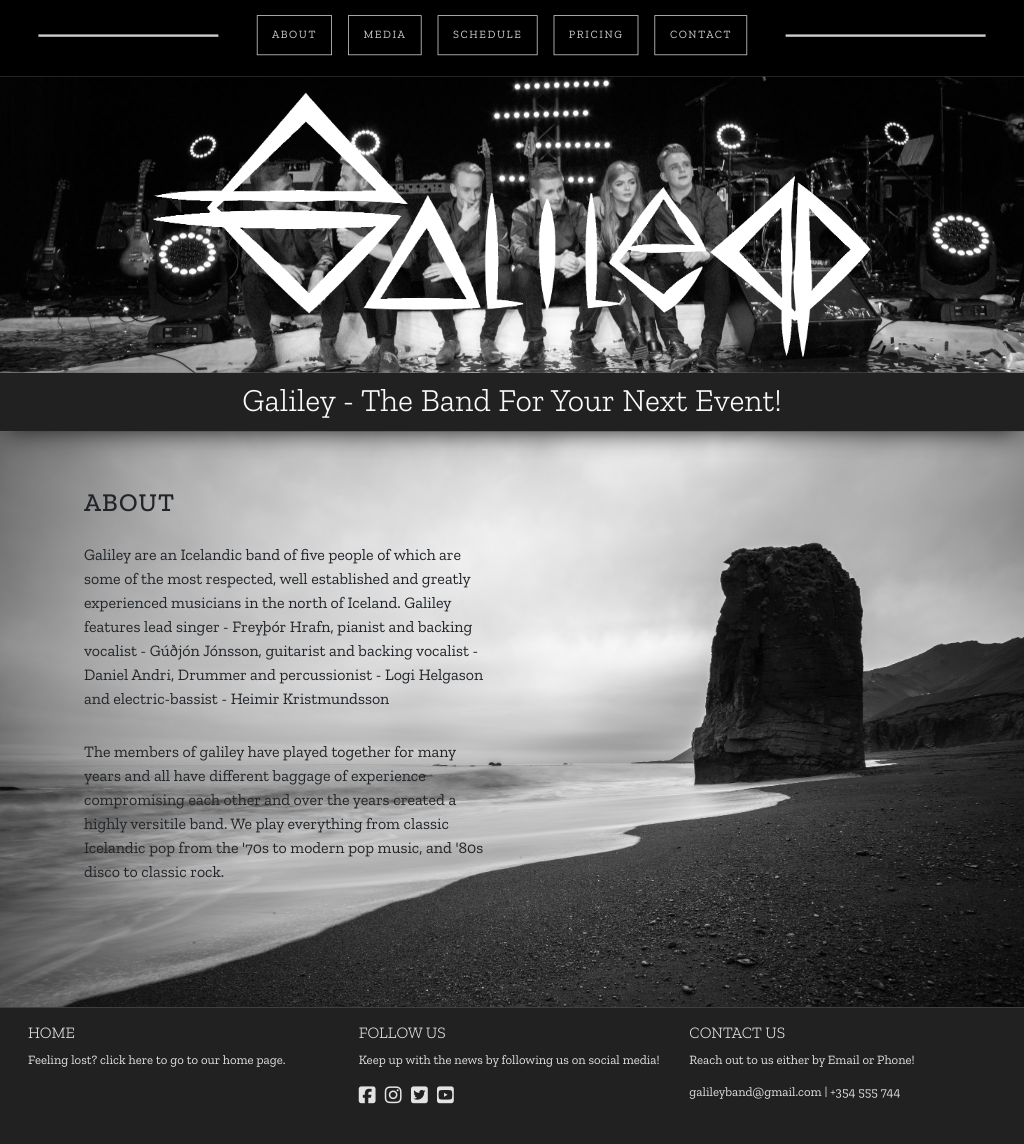
Repository: HeimirDavid/Galiley-Website
Page: index.html
The author's editor kept a record of every edit. The page is drawn from the files as they stood at one moment, then again after the next edit.
The browser window is 1280 px wide. The pictures show the whole page, at 80% of full size.
Backgrounds fixed to the window are drawn as part of the page. Some web libraries are served in a nearby version.

Above is the page before.

### index.html
<!DOCTYPE html>
<html lang="en">

<head>
    <meta charset="UTF-8">
    <meta name="viewport" content="width=device-width, initial-scale=1.0">
    <meta http-equiv="X-UA-Compatible" content="ie=edge">

    <link rel="stylesheet" href="https://stackpath.bootstrapcdn.com/bootstrap/4.3.1/css/bootstrap.min.css" integrity="sha384-ggOyR0iXCbMQv3Xipma34MD+dH/1fQ784/j6cY/iJTQUOhcWr7x9JvoRxT2MZw1T" crossorigin="anonymous">
    <link rel="stylesheet" href="https://cdnjs.cloudflare.com/ajax/libs/hover.css/2.3.1/css/hover-min.css" type="text/css" />
    <link rel="stylesheet" href="assets/css/style.css" type="text/css" />

    <script src="https://code.jquery.com/jquery-3.3.1.slim.min.js" integrity="sha384-q8i/X+965DzO0rT7abK41JStQIAqVgRVzpbzo5smXKp4YfRvH+8abtTE1Pi6jizo" crossorigin="anonymous"></script>
    <script src="https://cdnjs.cloudflare.com/ajax/libs/popper.js/1.14.7/umd/popper.min.js" integrity="sha384-UO2eT0CpHqdSJQ6hJty5KVphtPhzWj9WO1clHTMGa3JDZwrnQq4sF86dIHNDz0W1" crossorigin="anonymous"></script>
    <script src="https://stackpath.bootstrapcdn.com/bootstrap/4.3.1/js/bootstrap.min.js" integrity="sha384-JjSmVgyd0p3pXB1rRibZUAYoIIy6OrQ6VrjIEaFf/nJGzIxFDsf4x0xIM+B07jRM" crossorigin="anonymous"></script>
    <script src="https://kit.fontawesome.com/2ea8c5e5d2.js" crossorigin="anonymous"></script>

    <title>Galiley</title>
</head>

<body>
    <header>
        <!------ Header Navigation Menu, Mainly written with bootstrap  ------>
        <div class="row no-gutters">
            <div class="col black-container">
                <nav class="navbar fixed-top navbar-expand-md navbar-dark bg-dark" id="navbar-black-color"> <!-- Navbar position with help of this  -->
                    <a class="navbar-brand" href="index.html">Galiley - Home</a>                            <!-- tutorial: https://www.youtube.com/watch?v=NzjU1GmKosQ&t=90s  -->
                    <button class="navbar-toggler" type="button" data-toggle="collapse" data-target="#navbarSupportedContent" aria-controls="navbarSupportedContent" aria-expanded="false" aria-label="Toggle navigation">
                    <span class="navbar-toggler-icon"></span></button>
                    <div class="collapse navbar-collapse" id="navbarSupportedContent">
                        <ul class="navbar-nav m-auto">
                            <li class="nav-item menuitem">
                                <a class="nav-link" href="index.html"><span>About</span></a>
                            </li>
                            <li class="nav-item menuitem">
                                <a class="nav-link" href="media.html"><span>Media</span></a>
                            </li>
                            <li class="nav-item menuitem">
                                <a class="nav-link" href="schedule.html"><span>Schedule</span></a>
                            </li>
                            <li class="nav-item menuitem">
                                <a class="nav-link" href="pricing.html"><span>Pricing</span></a>
                            </li>
                            <li class="nav-item menuitem">
                                <a class="nav-link" href="contact.html"><span>Contact</span></a>
                            </li>
                        </ul>
                    </div>
                </nav>
            </div>
        </div>

        <!------ Header Logo Image ------>
        <div class="logo-container">
            <div class="row no-gutters">
                <div class="col header-background-img">
                    <a href="#">
                    <img class="logo-white" src="assets/images/galiley_vit.png">
                </a>
                </div>
            </div>
        </div>

        <!------ Header Text  ------>
        <div class="row no-gutters">
            <div class="col h1-heading">
                <h1>Galiley - The Band For Your Next Event!</h1>
            </div>
        </div>
    </header>

    <!-- About section, inspired by sample projects at CI more specific Haley Schafer - StudentExampleProjectGradeFive-->
    <section id="about-image">
        <div class="container">
            <div class="row about-row">
                <div class="col-md-6">
                    <h2 class="header-h2 uppercase">
                        About
                    </h2>
                    <p class="about-text">
                        Galiley are an Icelandic band of five people of which are some of the most respected, well established
                        and greatly experienced musicians in the north of Iceland. Galiley features lead singer - Freyþór Hrafn,
                        pianist and backing vocalist - Gúðjón Jónsson, guitarist and backing vocalist - Daniel Andri, Drummer and
                        percussionist - Logi Helgason and electric-bassist - Heimir Kristmundsson
                    </p>
                    <p class="about-text">
                        The members of galiley have played together for many
                        years and all have different baggage of experience compromising each other and over the years created a highly
                        versitile band. We play everything from classic Icelandic pop from the '70s to modern pop music, and
                        '80s disco to classic rock.
                    </p>
                </div>
            </div>
        </div>
    </section>

    <footer>        <!------ Footer section, Mainly structured and written with the help from CI tutorials from the Resume-Project.
                             Since i liked the design and strucure and felt that it fits well within this project. ------>
        <div class="container-fluid">
            <div class="row" id="footer-details">
                <div class="col-sm-4">
                    <h5 class="uppercase footer-heading">
                        <a href="index.html" class="footer-links">Home</a>
                    </h5>
                    <p class="inline-block">Feeling lost? click here to go to our home page.</p>
                </div>

                <div class="col-sm-4">
                    <h5 class="uppercase footer-heading">Follow Us</h5>
                    <p class="inline-block">Keep up with the news by following us on social media!</p>
                    <ul class="list-inline social-media-links">
                        <li class="list-inline-item">
                            <a class="footer-links" target="_blank" href="https://www.facebook.com/GalileyBand/">
                                <i class="fab fa-facebook-square"></i>
                                <span class="sr-only">Facebook</span>
                            </a>
                        </li>
                        <li class="list-inline-item">
                            <a class="footer-links" target="_blank" href="#">
                                <i class="fab fa-instagram"></i>
                                <span class="sr-only">Instagram</span>
                            </a>
                        </li>
                        <li class="list-inline-item">
                            <a class="footer-links" target="_blank" href="#">
                                <i class="fab fa-twitter-square"></i>
                                <span class="sr-only">Twitter</span>
                            </a>
                        </li>
                        <li class="list-inline-item">
                            <a class="footer-links" target="_blank" href="#">
                                <i class="fab fa-youtube-square"></i>
                                <span class="sr-only">Youtube</span>
                            </a>
                        </li>
                    </ul>
                </div>

                <div class="col-sm-4">
                    <h5 class="uppercase footer-heading">Contact Us</h5>
                    <p class="inline-block">Reach out to us either by Email or Phone!</p>
                    <p>galileyband@gmail.com | +354 555 744</p>
                </div>
            </div>
        </div>
    </footer>
</body>

</html>

### assets/css/style.css
@import url('https://fonts.googleapis.com/css?family=Zilla+Slab:300,400,500,600,700&display=swap');

body {
    font-family: 'Zilla Slab', serif;
    background-color: #e3e3e3;

}

/*--------------------------------- Colour */

.green-color {
    color: #35af7e;
}

.wine-red-color {
    color: #b11226;
}

/*------------------------------- Special padding/margins/text */

h1, h2, h3, h4, h5 {
    margin: 0;
}

.uppercase {
    text-transform: uppercase;
}

.inline-block {
    display: inline-block;
}


/*--------------------------------- Navbar/Menu */

.navbar {
    opacity: 0.9;
    text-align: center;
    padding-bottom: 1.2em;
}

.menuitem {
    height: 50px;
    text-align: center;
    padding-left: 10px;
    padding-right: 10px;
    margin: 0px 10px 0px 10px;
    border: 1px solid #e3e3e3;
    transition: ease-in-out 0.3s;
    -moz-transition: ease-in-out 0.3s;
    -webkit-transition: ease-in-out 0.3s;
    -o-transition: ease-in-out 0.3s;
}

.menuitem a {
    width: 100%;
    text-decoration: none;
    color: #e3e3e3;
    height: 120px;
}

.menuitem a i {
    padding-top: 22px;
    display: block;
    color: #e3e3e3;
    font-size: 26px;
}

.menuitem span {
    display: block;
    width: 100%;
    padding-top: 5px;
    text-align: center;
    text-transform: uppercase;
    font-size: 14px;
    font-weight: 400;
    letter-spacing: 2px;
    transition: ease-in-out 0.3s;
    -moz-transition: ease-in-out 0.3s;
    -webkit-transition: ease-in-out 0.3s;
    -o-transition: ease-in-out 0.3s;
    color: #e3e3e3;

}

.menuitem:hover {
    background-color: #e3e3e3;
}

.menuitem:hover.menuitem span {
    color: #212121;
}

.navbar::before,     /* Before and After used from inspiration of this tutorial: https://www.youtube.com/watch?v=zGiirUiWslI   */
.navbar::after {
    content: "";
    margin-left: 2em;
    margin-right: 2em;
    width: 18%;
    height: 0.2em;
    background-color: #e3e3e3;
}

.navbar::after {
    width: 20%;
}

.fixed-top {
    padding-top: 1.2em;
}

.navbar-brand {
    display: none;
}

#navbar-black-color {
    background-color: #000!important;
}




/*--------------------------------- Header */

.black-container {
    position: relative;
    top: 0;
    left: 0;
    width: 100%;
    height:6em;
    background-color: #000;
}

.h1-heading {
    color: #fafafa;
    padding: 10px 0px 15px 0px;
    text-align: center;
    background-color: #212121;
    box-shadow: 0px 10px 30px -10px #212121;
}

.h1-heading h1 {
    font-weight: 300;
}

.header-background-img {
    display: block;
    background-image: url("../images/galiley_diddi.jpg");
    padding: 20px;
    background-size: cover;
}

/*
.logo-container {
    margin-top: 7%;
}
*/

.logo-white {
    opacity: 1.9;
    display: block;
    margin-left: auto;
    margin-right: auto;
    width: 70%;
}

/*--------------------------------- Footer */

footer {
    background-color: #212121;
    color: #e3e3e3;
    min-height: 100px;
    margin: 0;
}

.footer-heading {
    font-weight: 300;
    text-decoration: none;
    margin-bottom: 10px;
}

.footer-heading a {
    transition: ease-in-out 0.3s;
    -moz-transition: ease-in-out 0.3s;
    -webkit-transition: ease-in-out 0.3s;
    -o-transition: ease-in-out 0.3s;
}

.footer-heading a:hover {
    color: #a5a5a5;
    text-decoration: none;
}

.footer-links {
    color: #e3e3e3;
}

.social-media-links {
    padding-bottom: 10px;
}

.social-media-links li a i {
    font-size: x-large;
    padding: 10px 0px;
    line-height: 10px;
    transition: ease-in-out 0.3s;
    -moz-transition: ease-in-out 0.3s;
    -webkit-transition: ease-in-out 0.3s;
    -o-transition: ease-in-out 0.3s;
}

.social-media-links li a i:hover {
    color: #35af7e;
}

#footer-details {
    padding: 20px;
}

/*--------------------------------- About Section */

.about-row {
    padding: 60px 10px 20px 10px;
}

.header-h2 {
    font-weight: 500;
    padding: 10px 10px 20px 10px;
    letter-spacing: 1.5px;
}

.about-text {
    font-size: 20px;
    padding: 10px;
}

/*--------------------------------- Media Queries */

@media (max-width: 767px) {
    .navbar::before,
    .navbar::after {
        display: none;
    }

    .navbar-brand {
        display: block;
    }

    .fixed-top {
        padding: 1em;
    }
}

@media (min-width: 767px) {
    #about-image {
    background-image: url("../images/about-sea-image.jpg");
    background-attachment: fixed;
    background-size: cover;
    height: 100vh;
    width: 100%;
    }

}

@media (min-width: 767px) and (max-width: 1000px) {
    #about-image {
    background-image: url("../images/about-sea-image.jpg");
    background-attachment: fixed;
    background-size: cover;
    height: 180vh;
    width: 100%;
    }
}

After the next edit:
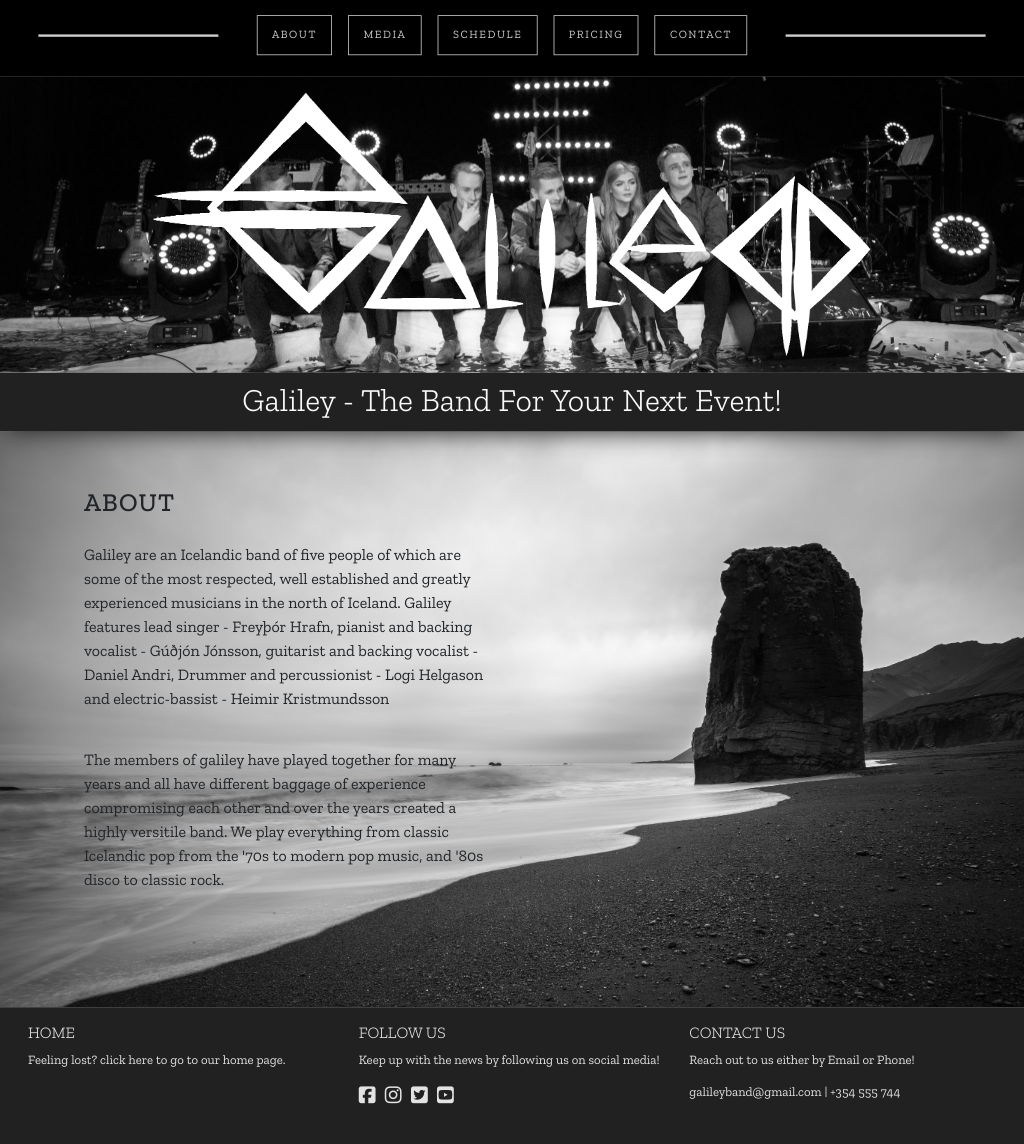
The edit:
--- a/assets/css/style.css
+++ b/assets/css/style.css
@@ -231,7 +231,7 @@
 
 .about-text {
     font-size: 20px;
-    padding: 10px;
+    padding: 10px 10px 20px 10px;
 }
 
 /*--------------------------------- Media Queries */
